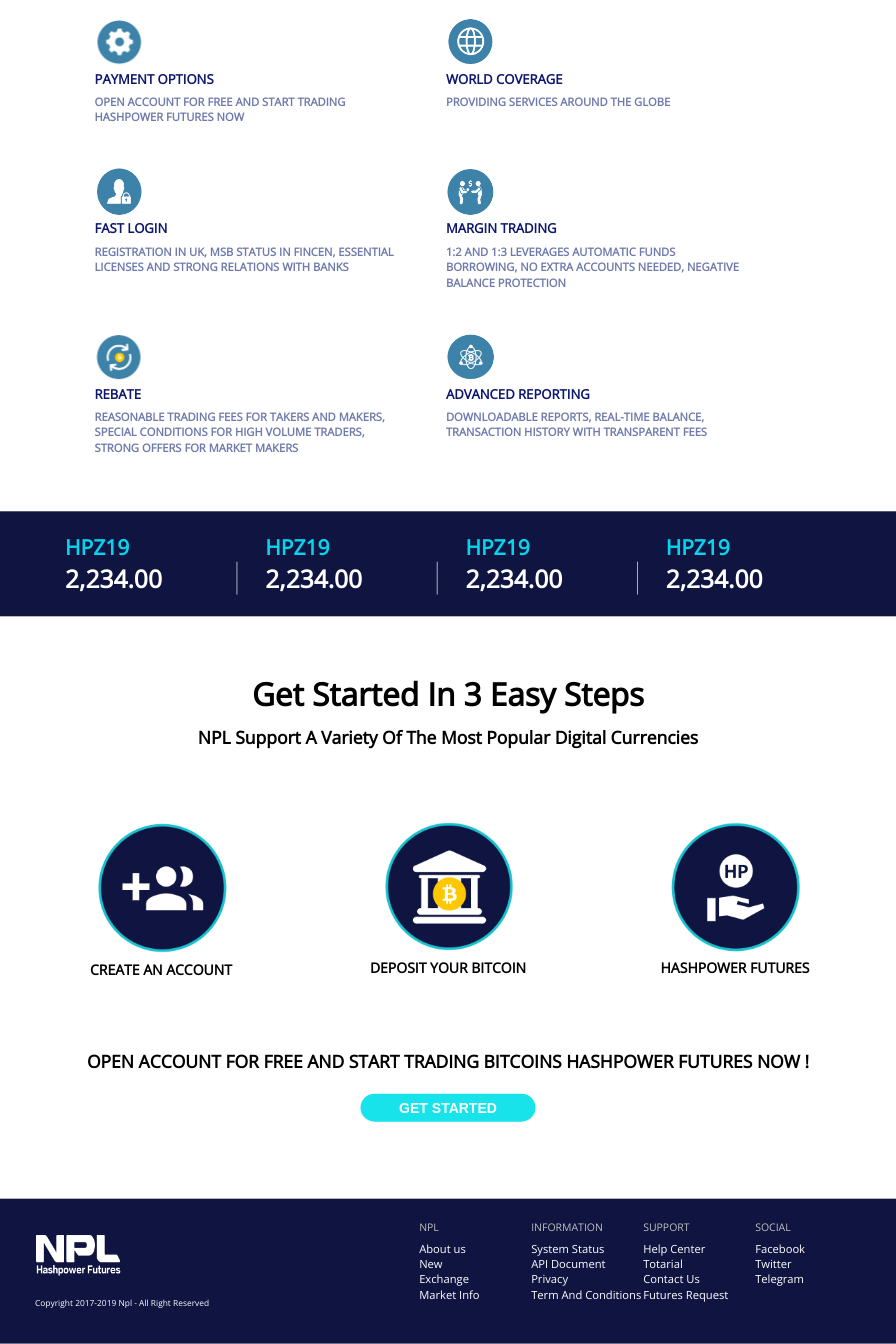
Repository: nguyenhuutuong999/HASHPOWER
Page: index.html
The author's editor kept a copy of each file at every save. The page is drawn from the files as they stood at one save, then again after the next save.
The browser window is 1280 px wide. The pictures show the part of the page from y = 3048 to 4968 px (the page is 4968 px tall), at 70% of full size.

Above is the page before, as saved 2019-10-15 20:54:08.

After the next save:
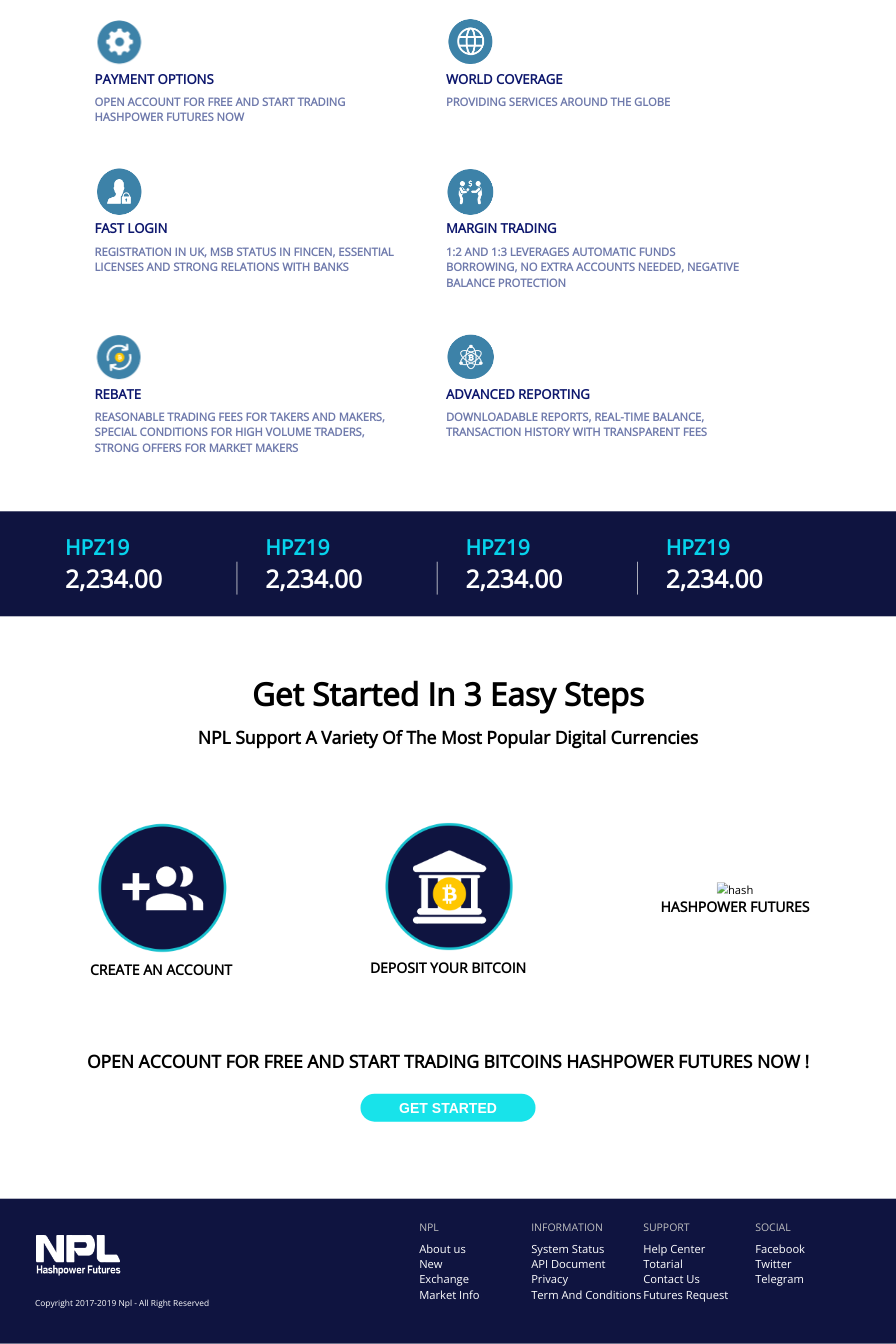
Not found: npl-img//hash.png
Saved 2 min 46 s later.
--- a/index.html
+++ b/index.html
@@ -213,7 +213,7 @@
 			  <h3>DEPOSIT YOUR BITCOIN</h3>
 	  </div>
 		  <div class = "section-logo">
-			  <img src="npl-img/icon/hash.png" alt="hash">
+			  <img src="npl-img//hash.png" alt="hash">
 			  <h3>HASHPOWER FUTURES</h3>
 		  </div>
 	  </div>
